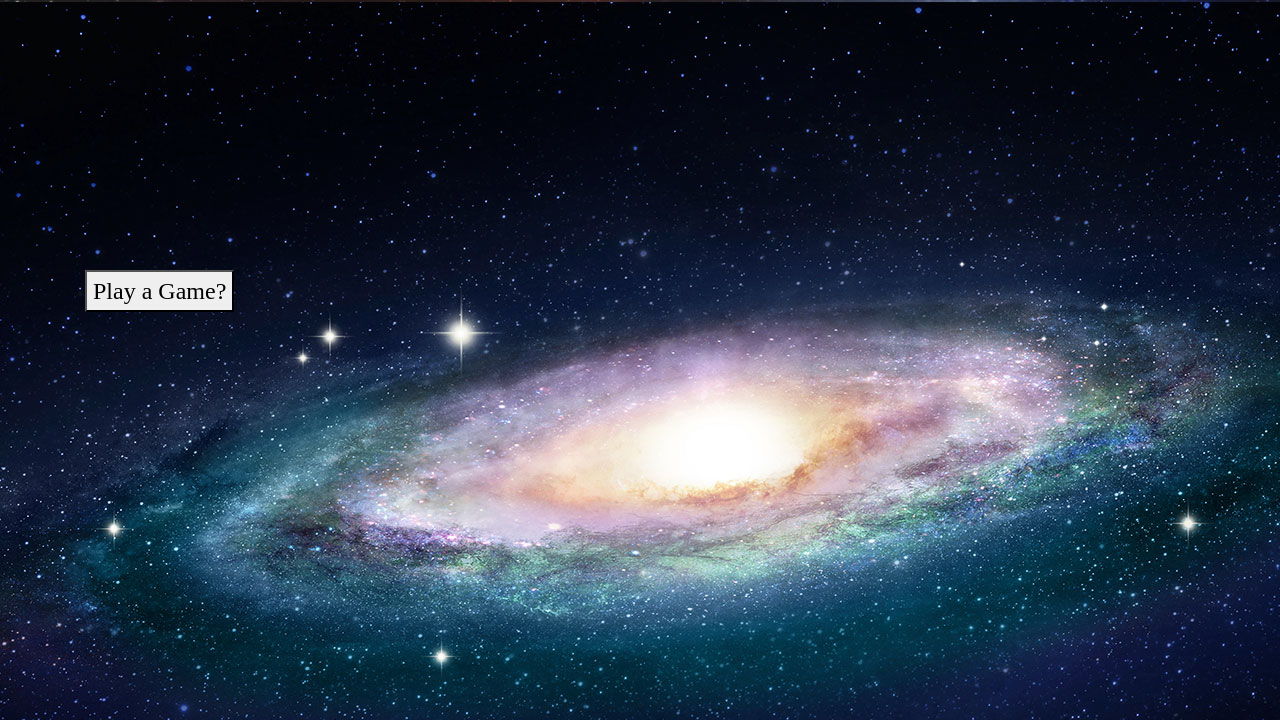
Repository: dsaftler/Trivia
Page: index.html
These files come from the project's save history. The page is drawn as it stood at one moment and after the next save; the edit follows.
The browser window is 1280 px wide. The pictures show the whole page.
Some web fonts or font styles are not loaded; a fallback is used.

Above is the page before, as saved 2019-04-13 15:30:31.

After the next save:
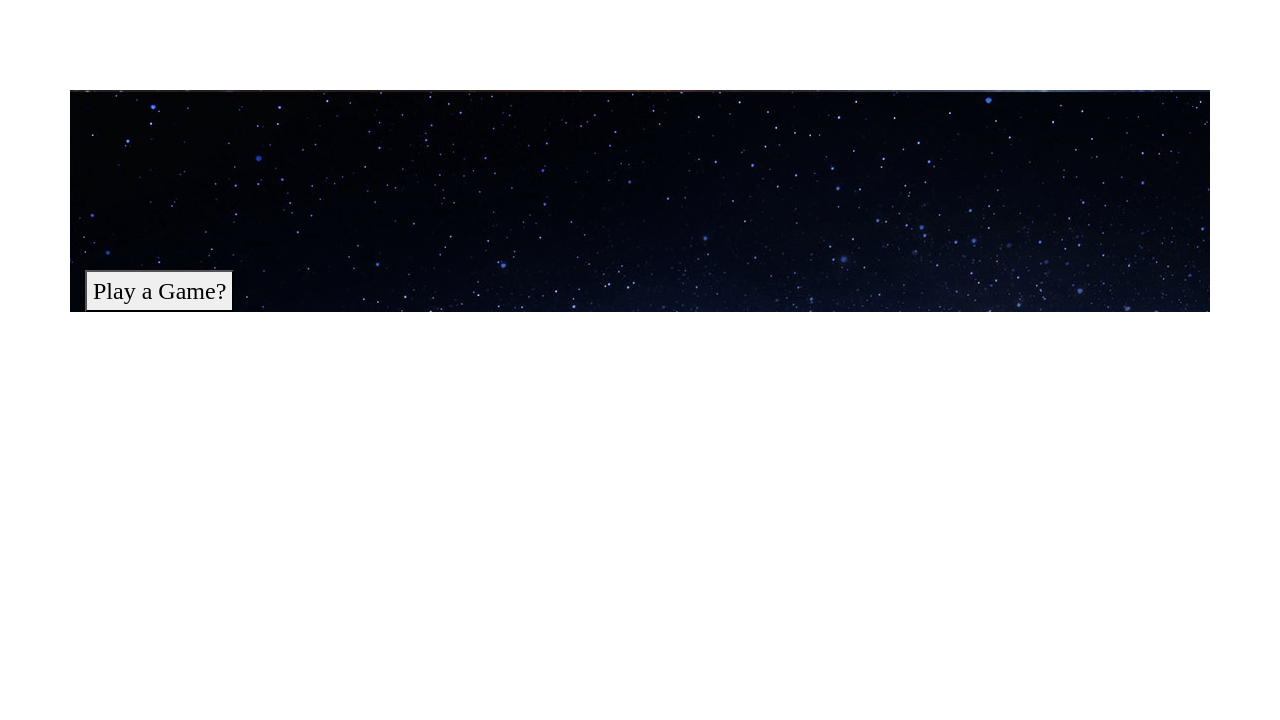
Saved 3 min 40 s later.
--- a/assets/css/style.css
+++ b/assets/css/style.css
@@ -1,6 +1,8 @@
 body {
   height: 100%;
-  background-image: url("../images/hubble.jpg");
+  background-color: #1a0270
+  /* background-image: url("../images/hubble.jpg"); */
+  background-image
   /* background-repeat: repeat; */
   max-width: 1536px;
   margin: auto;
@@ -12,6 +14,7 @@ body {
 }
 .container{
   margin-top: 90px;
+  background-image: url("../images/hubble.jpg")
 }
 .scoreElements{
 align-content: center;
@@ -19,6 +22,7 @@ margin: auto;
 width: 75%;
 
 }
+
 .playElements{
   align-content: center;
   margin: auto;
